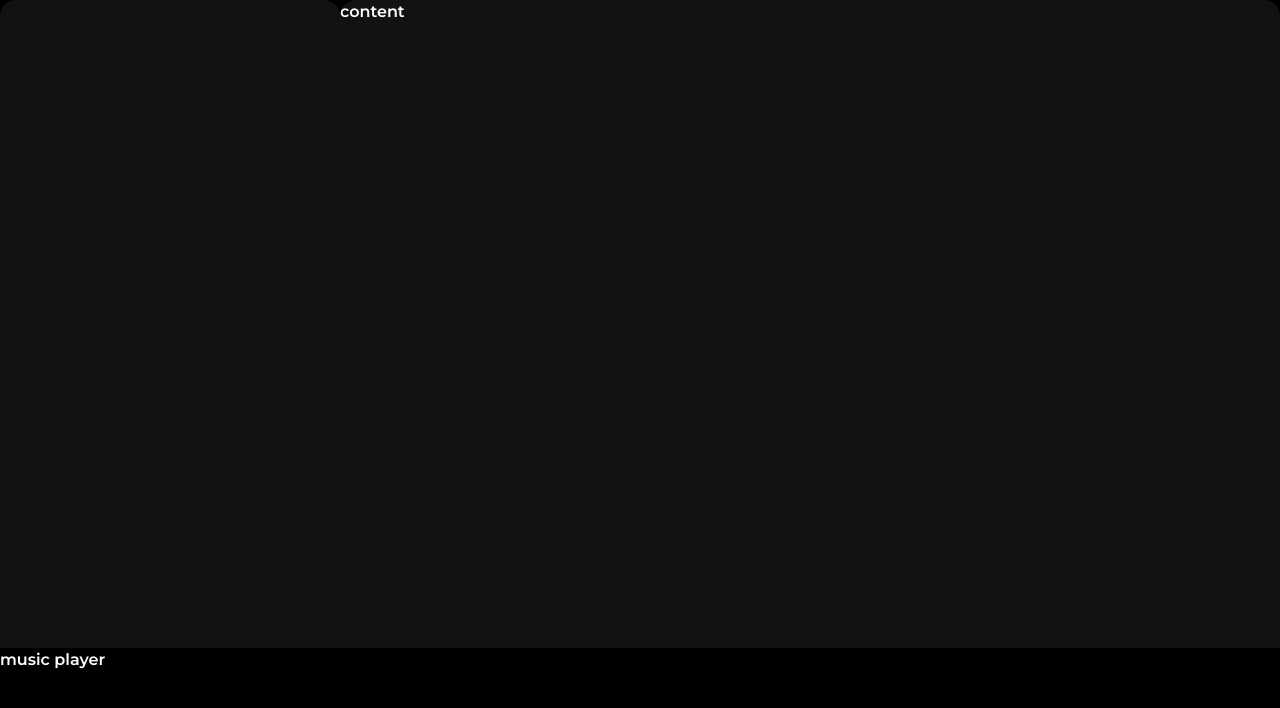
Repository: ketanBisht/spotifyFrontEnd
Page: index.html
An editor plug-in stored every save of this project. The page is shown before and after a run of saves, followed by the edit.
The browser window is 1280 px wide. The pictures show the whole page.
Some web fonts or font styles are not loaded; a fallback is used. Some web libraries are served in a nearby version.

Above is the page before, as saved 2025-08-17 20:46:49.

After the next 2 saves:
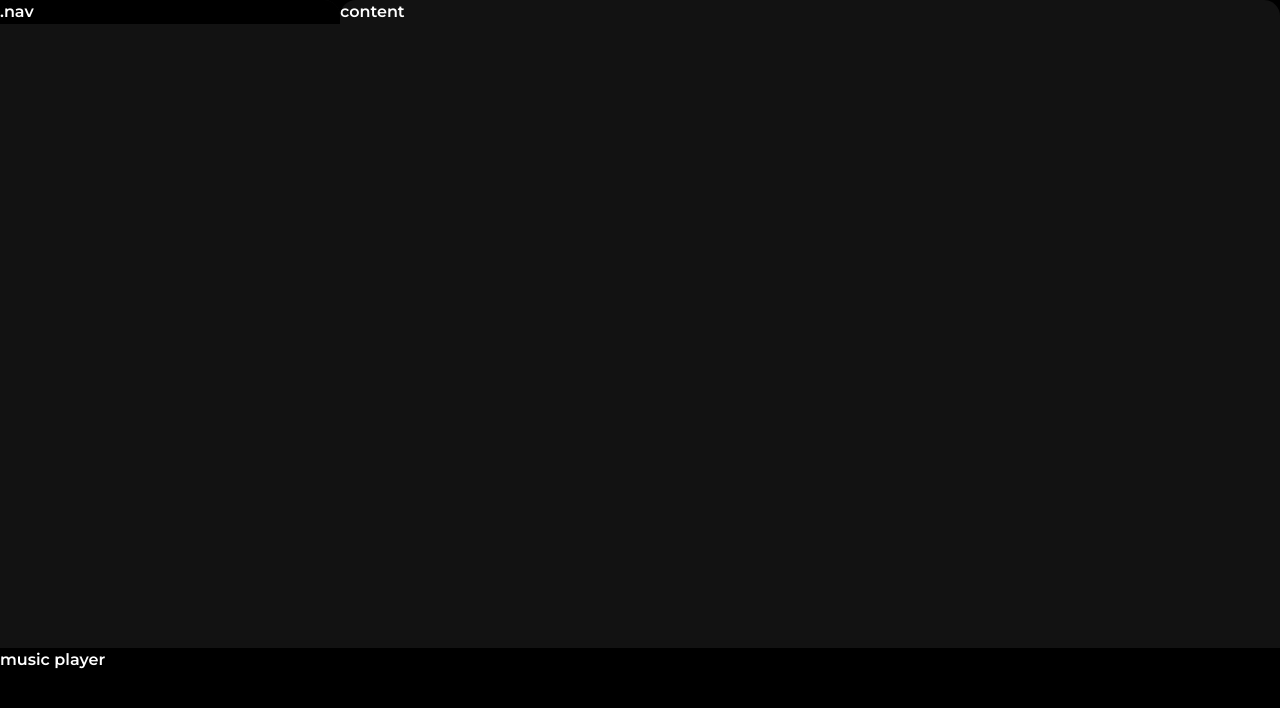
The 2 saves are shown as one change because they came seconds apart.
The last was saved 11 s later.
--- a/index.html
+++ b/index.html
@@ -17,7 +17,7 @@
     <div class="main">
         <div class="sideBar">
             <div class="nav">
-
+                .nav
             </div>
         </div>
         <div class="mainContent">content</div>

After the save that followed:
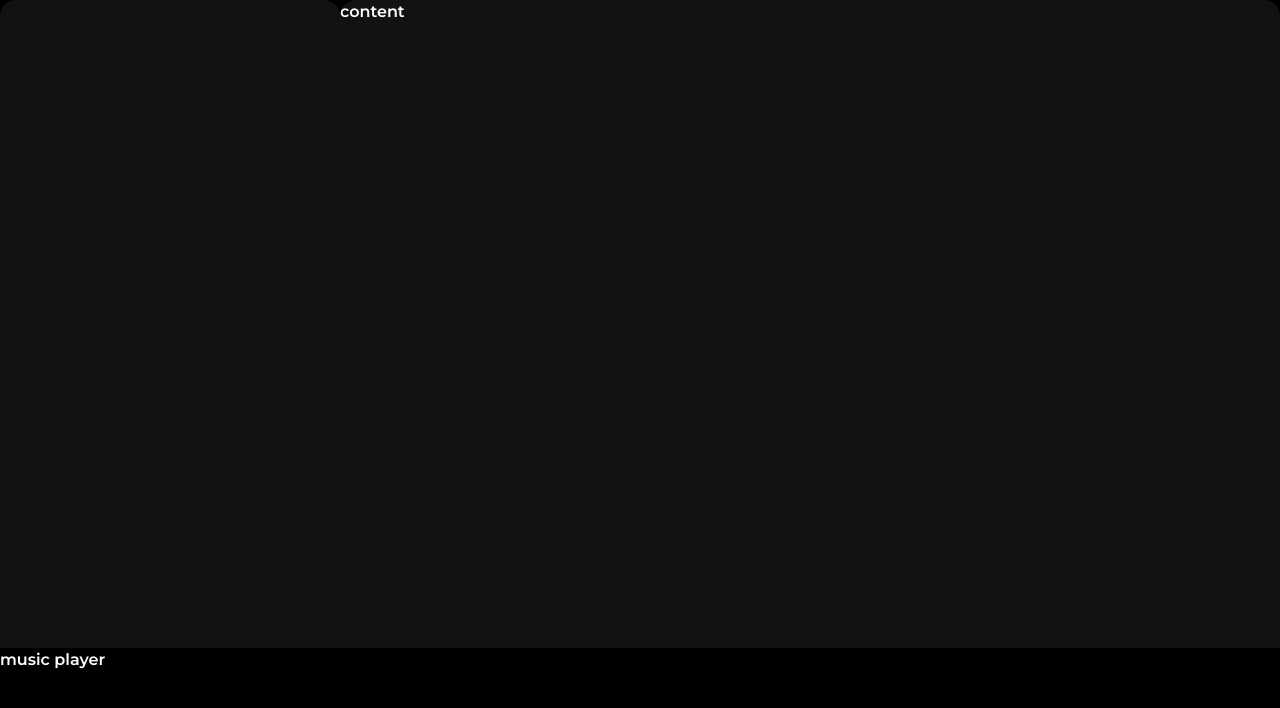
Saved 4 s later.
--- a/index.html
+++ b/index.html
@@ -17,7 +17,9 @@
     <div class="main">
         <div class="sideBar">
             <div class="nav">
-                .nav
+                <div class="navOption">
+
+                </div>
             </div>
         </div>
         <div class="mainContent">content</div>
